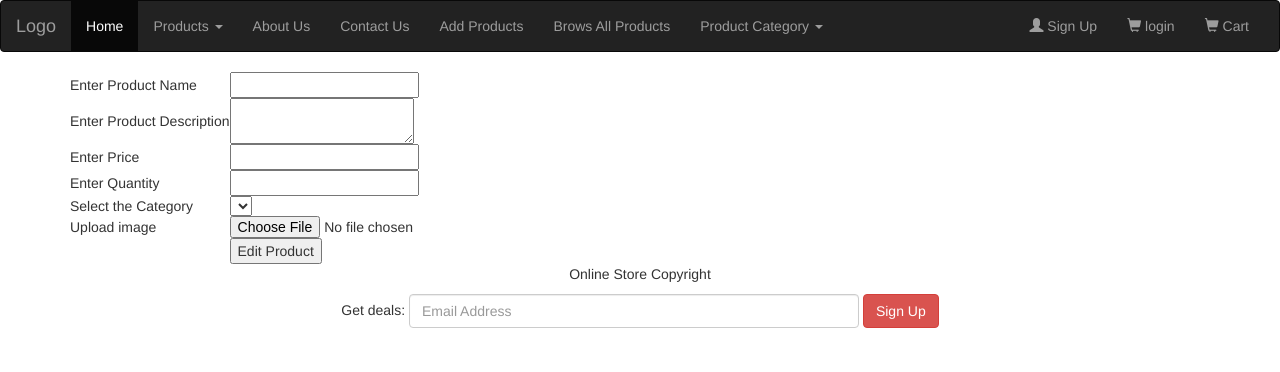
Repository: Binny16/-My-project
Page: http://localhost/online_shopping/WEB-INF/view/updateproductform.jsp
These files come from the project's save history. The page is drawn as it stood at one moment and after the next save; the edit follows.
The browser window is 1280 px wide. The pictures show the whole page.
The page is served by Tomcat 9. Nobody is signed in. Other server files are loaded and not shown. The template is opened directly, without the code that normally fills it, so the values that code supplies are empty.

Above is the page before, as saved 2018-09-12 06:38:25.

### 18-9-2018/binny/online_shopping/src/main/webapp/WEB-INF/view/updateproductform.jsp
<%@ page language="java" contentType="text/html; charset=ISO-8859-1"
    pageEncoding="ISO-8859-1"%>

 <%@ taglib prefix="form" uri="http://www.springframework.org/tags/form" %>
<!DOCTYPE html PUBLIC "-//W3C//DTD HTML 4.01 Transitional//EN" "http://www.w3.org/TR/html4/loose.dtd">
<html>
<head>
<meta http-equiv="Content-Type" content="text/html; charset=ISO-8859-1">
<title>Insert title here</title>
</head>
<body>
<%@ include file="Header.jsp" %>
<form:form modelAttribute="product" action="${pageContext.request.contextPath}/admin/updateproduct" method="post" enctype="multipart/form-data">
<div class="container">
<c:url value="/admin/updateproduct" var="url"></c:url>


		<table>
			<tr>
				<td></td>
				<!-- user need not
				 give value for id, auto generation -->
				<td><form:hidden path="id"></form:hidden></td>
			</tr>
			<tr>
				<td>Enter Product Name
				</td>
				<td><form:input path="productname"></form:input>
				<form:errors path="productname" cssStyle="color:red"></form:errors></td>
			</tr>
			<tr>
			<td>Enter Product Description</td>
			<td><form:textarea path="productdesc"></form:textarea>
			<form:errors path="productdesc" cssStyle="color:red"></form:errors></td></tr>
			<tr>
			<td>Enter Price</td>
			<td><form:input path="price"></form:input>
			<form:errors path="price" cssStyle="color:red"></form:errors></td></tr>
			<tr><td>Enter Quantity</td>
			<td><form:input path="quantity" type="number"></form:input>
			<form:errors path="quantity" cssStyle="color:red"></form:errors></td></tr>
			<tr><td>Select the Category</td>

			<td><form:select path="category.id"><!-- FK column value -->
			<!-- value is to set the value for the path category.id -->
		    <c:forEach items="${categories }" var="c">
		    <form:option value="${c.id }">${c.category_name }</form:option>
		    </c:forEach>
			</form:select></td></tr>
			<tr><td>Upload image</td><td>
			<form:input path="image" type="file"/>
			</td></tr>

			<tr>
			<td></td>
			<td><input type="submit" value="Edit Product"></td>
			</tr>


		</table>

	</form:form>
</div>
<%@ include file="Footer.jsp"%>
</body>
</html>

### 18-9-2018/binny/online_shopping/src/main/webapp/WEB-INF/view/Header.jsp
<%@ page language="java" contentType="text/html; charset=ISO-8859-1"
    pageEncoding="ISO-8859-1"%>
<%@taglib prefix="c" uri="http://java.sun.com/jsp/jstl/core" %>
<!DOCTYPE html>
<html>
<head>
	<title>Online Shopping</title>

	<meta charset="utf-8">
  <meta name="viewport" content="width=device-width, initial-scale=1">
  <link rel="stylesheet" href="https://maxcdn.bootstrapcdn.com/bootstrap/3.3.7/css/bootstrap.min.css">
  <script src="https://ajax.googleapis.com/ajax/libs/jquery/3.3.1/jquery.min.js"></script>
  <script src="https://maxcdn.bootstrapcdn.com/bootstrap/3.3.7/js/bootstrap.min.js"></script>
</head>
<body>





<nav class="navbar navbar-inverse">
  <div class="container-fluid">
    <div class="navbar-header">
      <button type="button" class="navbar-toggle" data-toggle="collapse" data-target="#myNavbar">
        <span class="icon-bar"></span>
        <span class="icon-bar"></span>
        <span class="icon-bar"></span>
      </button>
      <a class="navbar-brand" href="#">Logo</a>
    </div>
    <div class="collapse navbar-collapse" id="myNavbar">
      <ul class="nav navbar-nav">
        <li class="active"><a href="${pageContext.request.contextPath}/">Home</a></li>
                <li class="dropdown">
        <a class="dropdown-toggle" data-toggle="dropdown" href="#">Products
        <span class="caret"></span></a>
        <ul class="dropdown-menu">
          <li><a href="${pageContext.request.contextPath}/wedding_wear">Wedding Wears</a></li>
          <li><a href="${pageContext.request.contextPath}/rings">Rings</a></li>
          <li><a href="${pageContext.request.contextPath}/earrings">Earrings</a></li>
          <li><a href="${pageContext.request.contextPath}/bangels">Bangels</a></li>
          <li><a href="${pageContext.request.contextPath}/necklace">Necklace</a></li>
        </ul>
      </li>

        <li><a href="${pageContext.request.contextPath}/aboutus">About Us</a></li>


        <li><a href="${pageContext.request.contextPath}/contact">Contact Us</a></li>
         <li><a href="${pageContext.request.contextPath}/admin/getproductform">Add Products</a></li>
         <li><a href="${pageContext.request.contextPath}/all/getallproducts">Brows All Products</a></li>

        <li class="dropdown">
        <a class="dropdown-toggle" data-toggle="dropdown" href="#">Product Category
        <span class="caret"></span></a>
        <ul class="dropdown-menu">
          <li><a href="${pageContext.request.contextPath}/Category">Add Category</a></li>
          <li><a href="${pageContext.request.contextPath}/Category">View Category</a></li>

        </ul>
      </li>
      </ul>
      <ul class="nav navbar-nav navbar-right">
        <li><a href="${pageContext.request.contextPath}/all/registrationform"><span class="glyphicon glyphicon-user"></span> Sign Up</a></li>
        <li><a href="${pageContext.request.contextPath}/login"><span class="glyphicon glyphicon-shopping-cart"></span> login</a></li>
        <li><a href="#"><span class="glyphicon glyphicon-shopping-cart"></span> Cart</a></li>
      </ul>
    </div>
  </div>
</nav>


</body>
</html>

### 18-9-2018/binny/online_shopping/src/main/webapp/WEB-INF/view/Footer.jsp
<%@ page language="java" contentType="text/html; charset=ISO-8859-1"
    pageEncoding="ISO-8859-1"%>
<!DOCTYPE html>
<html>
<head>
  <title>Online Shopping</title>

  <meta charset="utf-8">
  <meta name="viewport" content="width=device-width, initial-scale=1">
  <link rel="stylesheet" href="https://maxcdn.bootstrapcdn.com/bootstrap/3.3.7/css/bootstrap.min.css">
  <script src="https://ajax.googleapis.com/ajax/libs/jquery/3.3.1/jquery.min.js"></script>
  <script src="https://maxcdn.bootstrapcdn.com/bootstrap/3.3.7/js/bootstrap.min.js"></script>
</head>
<body>



<footer class="container-fluid text-center">
  <p>Online Store Copyright</p>
  <form class="form-inline">Get deals:
    <input type="email" class="form-control" size="50" placeholder="Email Address">
    <button type="button" class="btn btn-danger">Sign Up</button>
  </form>
</footer>

</body>
</html>

After the next save:
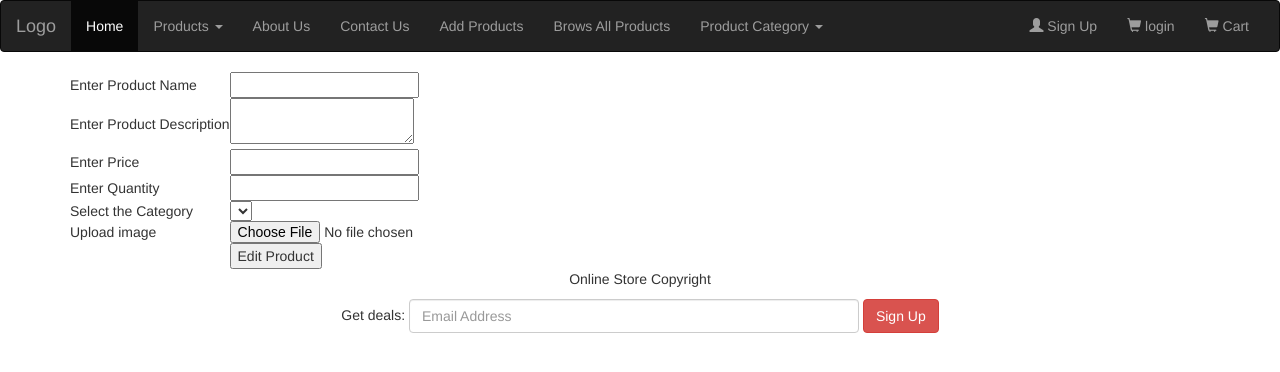
Saved 82 s later.
--- a/18-9-2018/binny/online_shopping/src/main/webapp/WEB-INF/view/updateproductform.jsp
+++ b/18-9-2018/binny/online_shopping/src/main/webapp/WEB-INF/view/updateproductform.jsp
@@ -1,8 +1,8 @@
 <%@ page language="java" contentType="text/html; charset=ISO-8859-1"
     pageEncoding="ISO-8859-1"%>
-
- <%@ taglib prefix="form" uri="http://www.springframework.org/tags/form" %>
-<!DOCTYPE html PUBLIC "-//W3C//DTD HTML 4.01 Transitional//EN" "http://www.w3.org/TR/html4/loose.dtd">
+     <%@taglib prefix="c" uri="http://java.sun.com/jsp/jstl/core" %>
+     <%@ taglib prefix="form" uri="http://www.springframework.org/tags/form" %>
+<!DOCTYPE html>
 <html>
 <head>
 <meta http-equiv="Content-Type" content="text/html; charset=ISO-8859-1">
